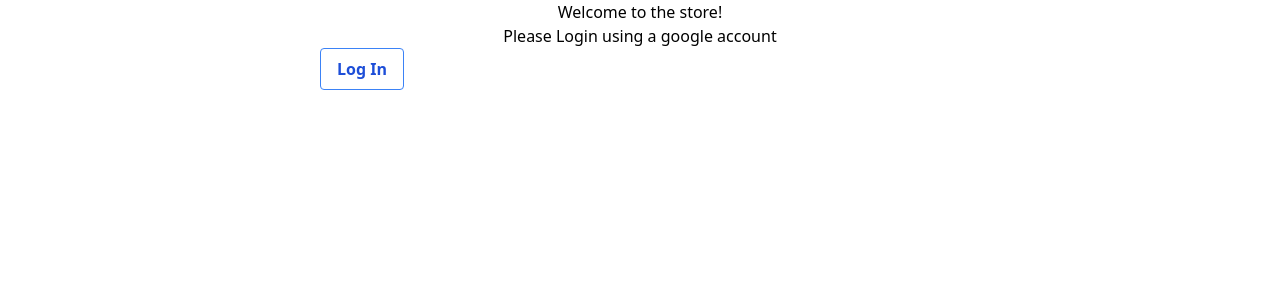
Repository: Siravian-index/rehab-store
Page: /
The author's editor kept a copy of each file at every save. The page is drawn from the files as they stood at one save, then again after the next save.
The browser window is 1280 px wide. The pictures show the whole page.
The project was rebuilt for these pictures with package versions that can differ from the ones it lists, and the page was loaded fresh each time. Also part of the build but not shown: craco.config.js, src/components/Footer.jsx, src/components/LogoutButton.jsx, src/components/Navbar.jsx.

Above is the page before, as saved 2021-11-01 08:44:31.

After the next save:
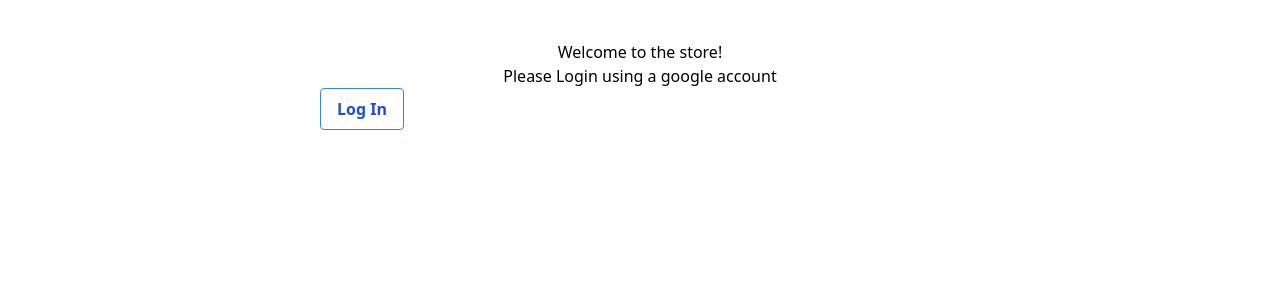
Saved 17 s later.
--- a/src/components/WelcomePage.jsx
+++ b/src/components/WelcomePage.jsx
@@ -2,7 +2,7 @@ import LoginButton from './LoginButton';
 
 const WelcomePage = () => {
   return (
-    <div className='w-1/2 m-auto'>
+    <div className='w-1/2 m-auto my-10'>
       <h3 className='text-center'>Welcome to the store!</h3>
       <p className='text-center'>Please Login using a google account </p>
       <LoginButton />
